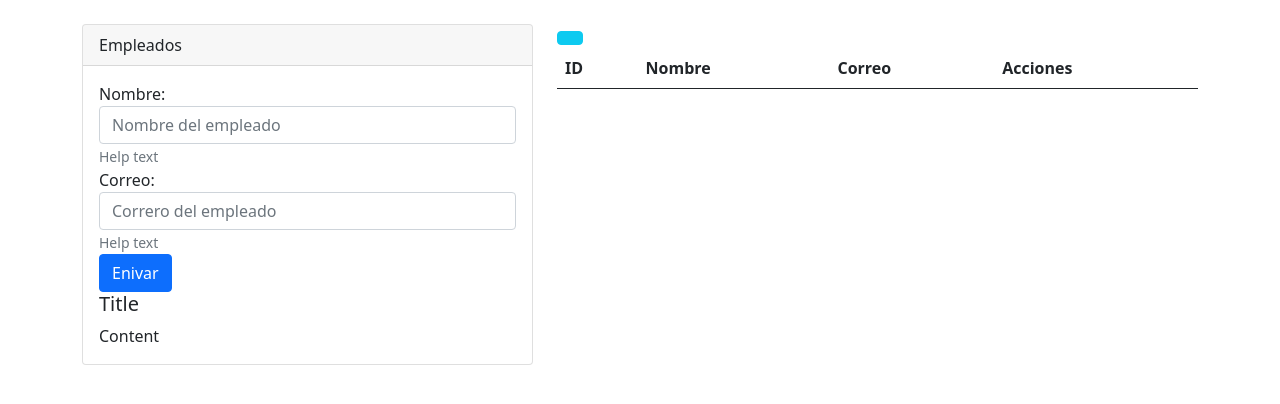
Repository: LionardoGomiz/CRUD-JS-VAINILLA
Page: index.html
The author's editor kept a copy of each file at every save. The page is drawn from the files as they stood at one save, then again after the next save.
The browser window is 1280 px wide. The pictures show the whole page.
The page's requests for data from a server got no answer.

Above is the page before, as saved 2021-08-12 15:44:20.

### index.html
<!DOCTYPE html>
<html lang="es">
<head>
    <meta charset="UTF-8">
    <meta http-equiv="X-UA-Compatible" content="IE=edge">
    <meta name="viewport" content="width=device-width, initial-scale=1.0">
    <title>CRUD JS Vainilla</title>
    <link href="https://cdn.jsdelivr.net/npm/bootstrap@5.1.0/dist/css/bootstrap.min.css" rel="stylesheet" integrity="sha384-KyZXEAg3QhqLMpG8r+8fhAXLRk2vvoC2f3B09zVXn8CA5QIVfZOJ3BCsw2P0p/We" crossorigin="anonymous">
    <script src="https://cdn.jsdelivr.net/npm/bootstrap@5.1.0/dist/js/bootstrap.bundle.min.js" integrity="sha384-U1DAWAznBHeqEIlVSCgzq+c9gqGAJn5c/t99JyeKa9xxaYpSvHU5awsuZVVFIhvj" crossorigin="anonymous"></script>
</head>
<body>
    <!--<a name=""  id="" class="btn btn-primary" href="#" role="button">Hola </a>-->
    <div class="container">
        <br>
        <div class="row">
            <br>
            <div class="col-md-5">
                    <div class="card">
                        <div class="card-header">
                            Empleados
                        </div>
                        <div class="card-body">
                            <form action="javascript:void(0);" method="POST" onsubmit="aplicacion.Agregar()">
                                    <div class="form-group">
                                      <label for="">Nombre:</label>
                                      <input type="text" class="form-control" name="nombre" id="nombre" aria-describedby="helpId" placeholder="Nombre del empleado">
                                      <small id="helpId" class="form-text text-muted">Help text</small>
                                    </div>
                                   <div class="form-group">
                                     <label for="">Correo:</label>
                                     <input type="email" class="form-control" name="correo" id="correo" aria-describedby="emailId" placeholder="Correro del empleado">

                                     <small id="helpId" class="form-text text-muted">Help text</small>
                                   </div>
                                   <button type="submit" class="btn btn-primary">Enivar</button>
                            </form>

                            <h5 class="card-title">Title</h5>
                            <p class="card-text">Content</p>
                        </div>
                    </div>


            </div>
            <div class="col-md-7">
                <table class="table">
                    <thead>
                        <tr>
                            <th>ID</th>
                            <th>Nombre</th>
                            <th>Correo</th>
                            <th>Acciones</th>
                        </tr>
                    </thead>
                    <tbody id="empleados">
                    <div class="btn-group" role="group">
                        <button type="button" class="btn btn-info"></button>
                    </div>
                    </tbody>
                </table>
            </div>
        </div>
    </div>
    <script>
        var url="http://localhost:7777/CRUD-JS-VAINILLA/";

        var aplicacion = new function(){
            this.nombre = document.getElementById("nombre");
            this.correo = document.getElementById("correo");
            this.empledos = document.getElementById("empleados");
        this.Leer = function(){
            var datos = "";

            fetch(url)
            .then(r=>r.json())
            .then((respuesta)=>{
                console.log(respuesta);

                respuesta.map(
                    function (empleado,index, array){
                        datos+="<tr>";
                            datos+="<td>"+empleado.id+"</td>";
                            datos+="<td>"+empleado.Nombre+"</td>";
                            datos+="<td>"+empleado.Correo+"</td>";
                            datos+="<td>"+empleado.id+"</td>";
                            datos+="<td>"+empleado.id+"</td>";
                        datos+="</tr>";
                    }
                );
                return this.empledos.innerHTML=datos;
            })
            .catch(console.log);
            //MODO DE PRUEBA
            /*datos = "<tr><td>gfg</td> <td>Leonardo</td><td>lionardo@gmail.com</td><td>Editar | Borrar</td></tr>";
            return this.empledos.innerHTML=datos;*/
        };
        this.Agregar=function(){
            console.log(nombre.value);
            console.log(correo.value);

            var datosEnviar = {nombre:this.nombre.value,correo:this.correo.value}

            fetch(url+"?insertar=1",{method:"POST", body:JSON.stringify(datosEnviar)} )
            .then(respuesta=>respuesta.json())
            .then((datosRespuesta)=>{
                console.log("Insertados");
                this.Leer();//Muestra el dato actulizado
            })
            .catch(console.log);
        };
    }
    aplicacion.Leer();
    </script>
</body>
</html>

After the next save:
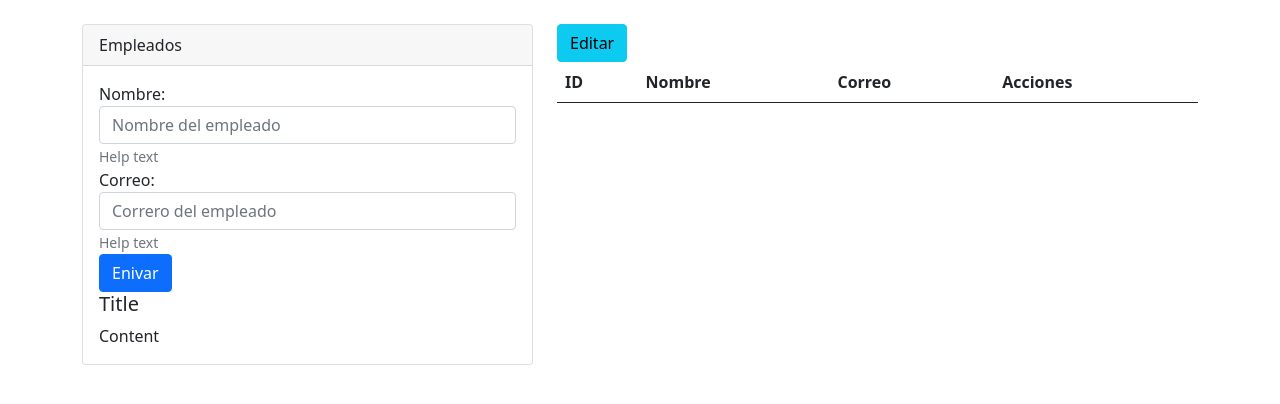
Saved 5 s later.
--- a/index.html
+++ b/index.html
@@ -54,7 +54,7 @@
                     </thead>
                     <tbody id="empleados">
                     <div class="btn-group" role="group">
-                        <button type="button" class="btn btn-info"></button>
+                        <button type="button" class="btn btn-info">Editar</button>
                     </div>
                     </tbody>
                 </table>
